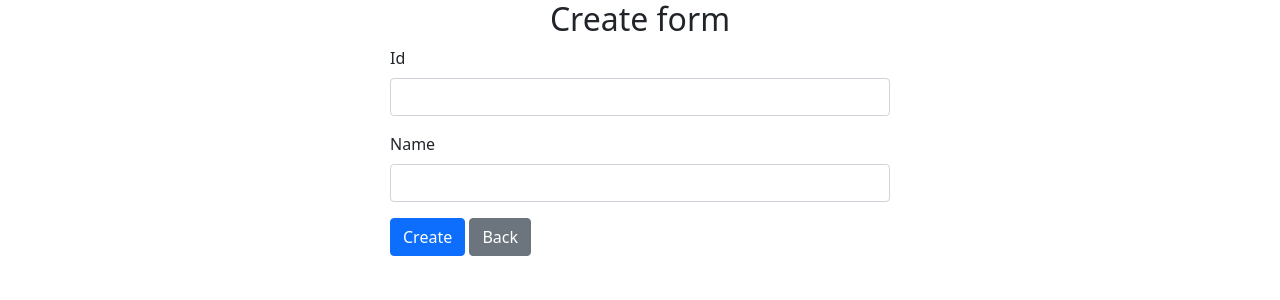
Repository: hongquan16101995/servlet-jw0124
Page: http://localhost/demo/categories?action=createGet
These files come from the project's save history. The page is drawn as it stood at one moment and after the next save; the edit follows.
The browser window is 1280 px wide. The pictures show the whole page.
The page is served by Tomcat 9.

Above is the page before, as saved 2024-05-14 13:33:50.

After the next save:
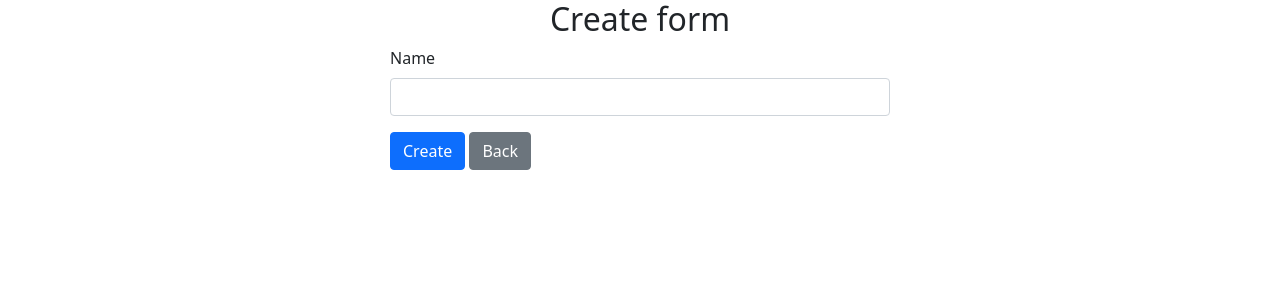
Saved 55 s later.
--- a/demo/src/main/webapp/category/create.jsp
+++ b/demo/src/main/webapp/category/create.jsp
@@ -23,10 +23,6 @@
 <h2>Create form</h2>
 <form action="/demo/categories?action=createPost" method="post">
 <div class="mb-3">
-  <label for="id" class="form-label">Id</label>
-  <input type="text" class="form-control" id="id" name="id">
-</div>
-<div class="mb-3">
   <label for="name" class="form-label">Name</label>
   <input type="text" class="form-control" id="name" name="name">
 </div>
